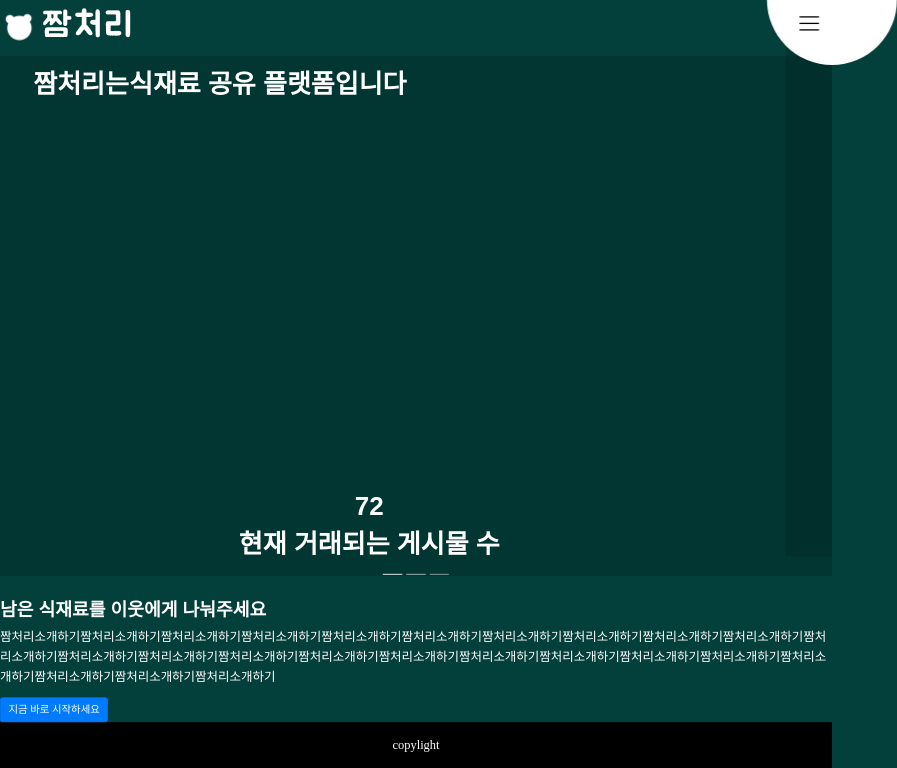
Repository: navang/JJAM_project
Page: http://localhost/jjam/jjam_intro.jsp
The author's editor kept a copy of each file at every save. The page is drawn from the files as they stood at one save, then again after the next save.
The browser window is 1280 px wide. The page is 1380 px wide, so the pictures cover 1380 px, including what lies to the right of the window. The pictures show the whole page, at 65% of full size.
Some web fonts or font styles are not loaded; a fallback is used. Some web libraries are served in a nearby version. The page is served by Tomcat 9. Nobody is signed in. The application's start-up code is not run. Other server files are loaded and not shown.

Above is the page before, as saved 2019-07-18 07:50:43.

### jjam/src/main/webapp/jjam_intro.jsp
<%@ page language="java" contentType="text/html; charset=UTF-8"
    pageEncoding="UTF-8"%>
<!DOCTYPE html>

<style>
</style>
<head>
    <meta charset="UTF-8">
    <meta name="viewport" content="width=device-width, initial-scale=1.0">
    <meta http-equiv="X-UA-Compatible" content="ie=edge">

    <link rel="stylesheet" href="https://stackpath.bootstrapcdn.com/bootstrap/4.3.1/css/bootstrap.min.css"
        integrity="sha384-ggOyR0iXCbMQv3Xipma34MD+dH/1fQ784/j6cY/iJTQUOhcWr7x9JvoRxT2MZw1T" crossorigin="anonymous">
    <script src="https://code.jquery.com/jquery-3.3.1.slim.min.js"
        integrity="sha384-q8i/X+965DzO0rT7abK41JStQIAqVgRVzpbzo5smXKp4YfRvH+8abtTE1Pi6jizo"
        crossorigin="anonymous"></script>
    <script src="https://cdnjs.cloudflare.com/ajax/libs/popper.js/1.14.7/umd/popper.min.js"
        integrity="sha384-UO2eT0CpHqdSJQ6hJty5KVphtPhzWj9WO1clHTMGa3JDZwrnQq4sF86dIHNDz0W1"
        crossorigin="anonymous"></script>
    <script src="https://stackpath.bootstrapcdn.com/bootstrap/4.3.1/js/bootstrap.min.js"
        integrity="sha384-JjSmVgyd0p3pXB1rRibZUAYoIIy6OrQ6VrjIEaFf/nJGzIxFDsf4x0xIM+B07jRM"
        crossorigin="anonymous"></script>
    <!-- https://getbootstrap.com/docs/4.3/getting-started/introduction/ 부트스트랩에서 가져옴-->


    <link rel="stylesheet" href="./resources/style/main.css">

    <link rel="stylesheet" href="./resources/style/index.css">

    <script src="https://kit.fontawesome.com/825d367943.js"></script>

</head>

<body>
<label>
    <img id="logo" style="width: 60px; height: 60px; position:fixed;" src="./resources/image/character.png" alt=""><img style="margin-left: 60px; position:fixed;" src="./resources/image/JJCR_white1.png">
</label>

    <label>
        <input type="checkbox"></input>
        <span class="menu">
          <span class="hamburger"></span>
        </span>
        <ul>
          <li>
            <a href="#">Home</a>
          </li>
          <li>
            <a href="#">About</a>
          </li>
          <li>
            <a href="#">Work</a>
          </li>
          <li>
            <a href="#">Login</a>
          </li>
        </ul>
      </label>






    <!--------------------------------------------------------------->

<div class="intro_form"> <!--전체화면 분할-->
    <div class=""></div> <!-- 상단 navbar로 인한 공백-->

    <div class=""><!-- carousel 칸-->
            <div class="carousel slide " id="myCarousel" data-ride="carousel">
                    <div class="carousel-inner">

                            <div class="carousel-item active" > <h1class="bigfont" >72</h1>
                                    <img class=""  src="./resources/image/hidden.png" alt="">
                                <div  class="carousel-caption bigfont">
                                   <h1 >72</h1>
                                        <h1>현재 거래되는 게시물 수</h1>
                                </div>
                            </div>
                            <div class="carousel-item">
                                    <img class=""src="./resources/image/hidden.png" alt="">
                                    <div class="carousel-caption">
                                            <h2 class="bigfont">1000</h2>
                                            <h2>123</h2>
                                    </div>
                                </div>
                                 <div class="carousel-item w">
                                        <img class=""  src="./resources/image/hidden.png" alt="">
                                <div class="carousel-caption">
                                        <h1 class="bigfont"></h1>
                                        <h1  >설명</h1>
                                </div>
                            </div>
                        </div>
                    <!-- 좌우 버튼 -->

                    <ul class="carousel-indicators">
                            <li class="active" data-target="#myCarousel" data-slide-to="0"></li>
                            <li data-target="#myCarousel" data-slide-to="1"></li>
                            <li data-target="#myCarousel" data-slide-to="2"></li>
                        </ul>
                 </div>
    </div>


 <div class=""></div>
<div >
        <div class="intro-main" >
             <h1>짬처리는식재료 공유 플랫폼입니다</h1>



            </div>



   </div>

   <!------------------------------------------------------------------------------>

  </div>

   <h3>남은 식재료를 이웃에게 나눠주세요</h3>
             <p>짬처리소개하기짬처리소개하기짬처리소개하기짬처리소개하기짬처리소개하기짬처리소개하기짬처리소개하기짬처리소개하기짬처리소개하기짬처리소개하기짬처리소개하기짬처리소개하기짬처리소개하기짬처리소개하기짬처리소개하기짬처리소개하기짬처리소개하기짬처리소개하기짬처리소개하기짬처리소개하기짬처리소개하기짬처리소개하기짬처리소개하기짬처리소개하기</p>

       <button class="btn btn-primary" type="button">지금 바로 시작하세요 </button><!--다음페이지 링크 버튼-->
   <div class="footer">copylight</div>

</body>


</html>

### jjam/src/main/webapp/resources/style/main.css
@charset "utf-8";

@font-face {
    font-family: NanumSquareR;
    src: url(../font/NanumSquareR.woff) format('woff');
}

@font-face {
    font-family: NanumSquareL;
    src: url(../font/NanumSquareL.woff) format('woff');
}

@font-face {
    font-family: NanumSquareB;
    src: url(../font/NanumSquareB.woff) format('woff');
}





/* background*/


h1, h2, h3, h5, p {
    font-family: NanumSquareR, sans-serif;
    font-weight: 500;
    color: white;
}
h4{
    font-family: NanumSquareR, sans-serif;
    font-weight: 500;
    color: black;
}

h1, h2, h3 {
    margin-top: 10px;
    margin-bottom: 10px;
    font-weight: 700;
}

body{
  	font-family:BMJUA;
    background: #033f3b;
}
#logo{
	width: 60px; height: 60px;
}
#jcr{
	margin-left: 60px; position:fixed;
}
#top_navbar {
    background: rgba(0,0,0,0.7);
}
#top_navcolor {
    background-color: #147b6b;
}

#top_navbar-nav > li > a {
    padding-top: 20px;
    padding-bottom: 20px;
}

.separator {
    background: #59e;
    margin-top: 80px;
    padding: 21px;
    text-align: center;
    color: #fff;
}

.red {
    background: #fcc;
    border: #eaa solid 4px;
}

/* .yellow { */
/*     background: #f6f6c0; */
/*     border: #dd7 solid 4px; */
/* } */


.green {
    font:white;
    background: #147b6b;

}

.bluegreen {
    background: #aee;
    border: #8dd solid 4px;
}
<<<<<<< HEAD


/* .blue { */
=======
/* .blue { */
/*     background: #bcf; */
/*     border: #9ae solid 4px; */
/* } */

>>>>>>> 7f7c7283d27dcf0b9cae4bf84bee2c912e11a8f9
.blue {
    background: #bcf;
    border: #9ae solid 4px;
}
/*1_ intro*/
.intro_form{
    display: grid;
     grid-template-columns: 100%;
<<<<<<< HEAD
    grid-template-rows: 30px 850px 850px ;
=======
    grid-template-rows: 30px 850px 300px ;
>>>>>>> 7f7c7283d27dcf0b9cae4bf84bee2c912e11a8f9
}
.intro-main{
  position: absolute;
  top: 15%;
  left: 20%;
  transform: translate(-20%, -20%);
  width: 80%;

}
.intro-desc{
	display:grid;
	 grid-template-columns: 15% 70% 15%;
    grid-template-rows:  250px 80px ;
}

/*  풀어주기   */
.map-custom{
	width:100%;
	height:700px;
	position:relative;
	overflow:hidden;
	border-radius:30px;
}


.bigfont{
	font-size: 700px;
    text-align: center;

    font-family: NanumSquareL;
    src: url(../font/NanumSquareL.woff) format('woff');

}


.white-text {
    color: white;
}

.row{
     display : grid;
     grid-template-columns: 100%;
     grid-template-rows: 70px 850px 100px ;
}
.mypage{
	display: grid;
	  grid-template-columns: 20% 60% 20%;
     grid-template-rows: 400px 1400px ;
}
.mypage-columns{
	display:grid;
	  grid-template-columns: 30% 70%;
 	text-align: center;

}
.mypage-rows{
	display:grid;
	  grid-template-rows: 30% 70%;


}
/* 햄버거*/
.ham{
	width:100px;
}

/* 2_search 페이지 */
.search{
    display : grid;
    grid-template-columns: 25% 50% 25%;
    grid-template-rows: 100px 300px 40px 50px 20px;
}
.search-grid {

    display : grid;
    text-align: center;
    grid-template-columns: 20% 20% 20% 20% 20%;
    grid-template-rows: 100px 100px 100px 100px 100px;
}
/* 3 form*/
/* 전체화면 분할*/
.modal-form{
    display : grid;
    grid-template-columns: 15% 70% 15%;
    grid-template-rows: 60px 780px  50px;

}
/* 가운데화면 분할*/
.modal-form-grid{
    display : grid;
    grid-template-columns: 60% 40%;
    grid-template-rows: 60px  700px 70px;

}
/* */
.modal-inner-grid{
    display : grid;
    grid-template-columns: 50% 50%;

}

.modal-size{
    position: absolute;


}
/* modal fullsize*/
.modal-dialog.modal-fullsize {
    width: 150%; height: 100%; margin: 0; padding: 0;
}
.modal-content.modal-fullsize {
    height: auto;
    min-height: 100%;
    border-radius: 0;
  }
.btn-create{
	text-decoration:none;
	width:100%;
	height:40px;
	font-size:20px;
	border-radius:30px;
	background:#147b6b;
	color:white;
	box-shadow: 0px 3px 0px black;
	border: 2px solid white;
}
.btn-create:hover .btn-create:focus, btn-create:active {
	background:#073d35;

}

/* info modal img*/
.img-chatmodal{
    width:1900px;
    height: 950px;
    background-image:url('../image/chatbot_modal.png');
}

/*게시물 리스트*/
.form-list {
    display: grid;
    grid-template-columns:3% 20% 3% 74%;
    padding: 10px;
}


/* 5*5 그리드 */
#grid{
    display: grid;
    text-align: center;
    grid-template-columns:150px 150px 150px 150px 150px 150px;
}
/* 메인 1 페이지  */
.wrapper {
    display: grid;
    grid-template-columns: 5% 55% 40% ;
    grid-template-rows: 100px 7px 100px 30px 100px 100px 30px 100px 100px;
}

/* 4 login form*/
.login{
    display : grid;
    grid-template-columns: 30% 800px 27%;
    grid-template-rows: 100px 800px ;
}
.login-set{
    color : #1f0a01;
    background-color: white;
    border-radius: 15px;
    display:grid;
    grid-template-rows: 80px 380px 300px 40px;
    text-align: center;

}
.login-set.login-form{
    display: grid;
    grid-template-columns:240px 320px 240px;
    grid-template-rows: 100px 100px 100px ;

}
.design-border{
    border: silver solid 2px;
}

/* 7_result*/
.result-form{
    display: grid;
     grid-template-columns: 15% 70% 15%;
    grid-template-rows: 200px 300px 300px ;
}
.result-form-item{
	display:grid;
	  text-align:center;
	  grid-template-columns:100%;

}
.result-form-item-line{
	 background:white;
 	text-align:center;
	  border-radius: 50px;
	  width:73%;
	  height:3px;
	  margin-left:180px;

}
.result-button{
	width:100px;
	height:40px;
	border-radius:30px;
	background:white;

}
/* footer*/
.footer {
    left: 0;
    bottom: 0;
    width: 100%;
	padding: 20px 0;
	text-align: center;
	color: white;
	background:  black;
}
.card {
  height: 30%;
}
.card-columns {
    @include media-breakpoint-only(lg) {
      column-count: 4;
    }
    @include media-breakpoint-only(xl) {
      column-count: 5;
    }
  }
@media(max-width:375px){
#logo{
	width: 30px; height: 30px; position:fixed;
}
#jcr{
	margin-left: 35px; position:fixed; height: 30px;
}
    .search{
        display : grid;
        grid-template-columns: 0px 100% 0px;
        grid-template-rows: 100px 600px 30px 30px 20px ;
    }
      /* 5*5 그리드 */
    #grid{
    display: grid;
    text-align: center;
    grid-template-columns:160px 160px 160px;
}

    .wrapper {
    display: grid;
    grid-template-columns: 5% 90% 5% ;
    grid-template-rows: 100px 60px 30% 30px 70px 100px 100px 100px 10px;
    }
    .search-grid {

        display : grid;
        text-align: center;
        grid-template-columns: 25% 25% 25% 25%;
        grid-template-rows: 50px  50px  50px 50px  50px  50px;
    }


    .mypage{
	display: grid;
	  grid-template-columns: 100%;
     grid-template-rows: 0px  0px   170px  0px   500px;
}
.mypage-columns{
	display:grid;
	 grid-template-columns: 100%;
		  grid-template-rows: 400px 50%;

}
.mypage-rows{
	display:grid;

		  grid-template-template: 100%;
		   grid-template-rows: 60% 40%;
}
.mypage-menu{
	display:grid;

		  grid-template-rows: 25% 25% 25% 25%;
}


    /*챗 모달 사용설명서*/
    .img-chatmodal{
        width:640px;
        height: 950px;
        background-image:url('../image/chatbot_modal_mobile.png');

    }
    /* modal fullsize*/
    .modal-dialog.modal-fullsize {
    width: 100%; height: 100%; margin: 0; padding: 0;
    }
    .modal-content.modal-fullsize {
    height: auto;
    min-height: 100%;
    border-radius: 0;
  }
    /* 가운데화면 분할*/
.modal-form{
    display : grid;
    grid-template-columns: 15% 70% 15%;
    grid-template-rows: 60px 780px  50px;

}
/* 가운데화면 분할*/
.modal-form-grid{
    display : grid;
    grid-template-columns: 60% 40%;
    grid-template-rows: 60px  700px 70px;

}

    .modal-inner-grid{
        display : grid;
        grid-template-columns: 100%;

    }
    /* 4 login form*/
    .login{
    display : grid;
    grid-template-columns: 0px 640px 0px;
    grid-template-rows: 50px 640px ;
}
.result-form{
    display: grid;
     grid-template-columns: 0% 100% 0%;
    grid-template-rows: 100px 700px 100px ;
}
.ham{
	width:100px;
}
/* footer*/
.footer {
    left: 0;
    bottom: 0;
    width: 100%;
	padding: 20px;
	text-align: center;
	color: white;
	background:  black;
}

/*1_ intro*/
.intro_form{
    display: grid;
     grid-template-columns: 100%;
    grid-template-rows: 30px 360px 550px ;
}
.intro-main{
  position: absolute;
  font-size: 20px;
  top: 50%;
  left: 20%;
  transform: translate(-20%, -20%);
  width: 80%;

}
.intro-desc{
	display:grid;
	 grid-template-columns: 10% 80% 10%;
    grid-template-rows:  550px 150px ;
}

/*  풀어주기   */
.map-custom{
	width:700px;
	height:700px;
	position:relative;
	overflow:hidden;
	margin-left: 80px;
	border-radius:30px;
}


.bigfont{
	left:50%;
	transform:rotate(30deg);
	font-size: 300px;
    text-align: left;

    font-family: NanumSquareL;
    src: url(../font/NanumSquareL.woff) format('woff');

}


}

### jjam/src/main/webapp/resources/style/index.css
@import url('https://fonts.googleapis.com/css?family=Cutive+Mono');
*, *:before, *:after {
  box-sizing: border-box;
}

@font-face { font-family: 'BMJUA'; src: url('https://cdn.jsdelivr.net/gh/projectnoonnu/noonfonts_one@1.0/BMJUA.woff') format('woff'); font-weight: normal; font-style: normal; }

body {

  font-size: 1.2em;
  line-height: 1.6;

  overflow-x: hidden;
}
label .menu {
  position: absolute;
  right: -100px;
  top: -100px;
  z-index: 100;
  width: 200px;
  height: 200px;
  background: #fff;
  border-radius: 50% 50% 50% 50%;
  transition: 0.5s ease-in-out;
  box-shadow: 0 0 0 0 #fff, 0 0 0 0 #fff;
  cursor: pointer;
}
label .hamburger {
  position: absolute;
  top: 135px;
  left: 50px;
  width: 30px;
  height: 2px;
  background: #000;
  display: block;
  transform-origin: center;
  transition: 0.5s ease-in-out;
}
label .hamburger:after, label .hamburger:before {
  transition: 0.5s ease-in-out;
  content: "";
  position: absolute;
  display: block;
  width: 100%;
  height: 100%;
  background: #000;
}
label .hamburger:before {
  top: -10px;
}
label .hamburger:after {
  bottom: -10px;
}
label input {
  display: none;
}
label input:checked + .menu {
  box-shadow: -400px 0 0   #fff, -350px 0 0   #fff,-300px 0 0 #fff,-250px 0 0 #fff,  -200px 0 0 #fff,-150px 0 0 #fff, -100px 0 0 #fff,-50px 0 0 #fff;
  border-radius: 50px;
}
label input:checked + .menu .hamburger {
  transform: rotate(45deg);
}
label input:checked + .menu .hamburger:after {
  transform: rotate(90deg);
  bottom: 0;
}
label input:checked + .menu .hamburger:before {
  transform: rotate(90deg);
  top: 0;
}
label input:checked + .menu + ul {
  opacity: 1;
}
label ul {
	font-family:BMJUA;
	width:500px;
	height:50px;
  z-index: 200;
  position: absolute;
  top: 5%;
  left: 84%;
 transform: translate(-50%, -50%);
  opacity: 0;
  transition: 0.25s 0s ease-in-out;


}
label a {

  margin-bottom: 1em;
  display: block;
  color: #000;
  text-decoration: none;
}
label a:hover, label a:focus{
	text-decoration:none;
	color:#76afa7;

}
.menubar{
	display:inline-block;
	margin-left:30px;
}

@media(max-width:375px){

body {

  font-size: 1.2em;
  line-height: 1.6;

}
label .menu {
  position: absolute;
  right: -100px;
  top: -100px;
  z-index: 100;
  width: 200px;
  height: 200px;
  background: #fff;
  border-radius: 50% 50% 50% 50%;
  transition: 0.5s ease-in-out;
  box-shadow: 0 0 0 0 #fff, 0 0 0 0 #fff;
  cursor: pointer;
}
label .hamburger {
  position: relative;
  top: 135px;
  left: 50px;
  width: 30px;
  height: 2px;
  background: #000;
  display: block;
  transform-origin: center;
  transition: 0.5s ease-in-out;
}
label .hamburger:after, label .hamburger:before {
  transition: 0.5s ease-in-out;
  content: "";
  position: relative;
  display: block;
  width: 100%;
  height: 100%;
  background: #000;
}
label .hamburger:before {
  top: -10px;
}
label .hamburger:after {
  bottom: -10px;
}
label input {
  display: none;
}
label input:checked + .menu {
  box-shadow: -200px 0 0  100vw  #fff ;
  border-radius: 50px;
}
label input:checked + .menu .hamburger {
  transform: rotate(45deg);
}
label input:checked + .menu .hamburger:after {
  transform: rotate(90deg);
  bottom: 0;
}
label input:checked + .menu .hamburger:before {
  transform: rotate(90deg);
  top: 0;
}
label input:checked + .menu + ul {
  opacity: 1;
}
label ul {
	font-family:BMJUA;
	width:200px;
	height:50px;
  z-index: 200;
  position: relative;
  top: 50%;
  left: 0%;
 transform: translate(40%, 50%);
  opacity: 0;
  transition: 0.25s 0s ease-in-out;

}
label a {

  margin-bottom: 1em;
  display: block;
  color: #000;
  text-decoration: none;
}
label a:hover, label a:focus{
	text-decoration:none;
	color:#76afa7;

}
.menubar{
	display:inline-block;
	margin-left:40px;
}
#myCarousel {
	padding:0px;
	margin: 0px;
}

}

After the next save:
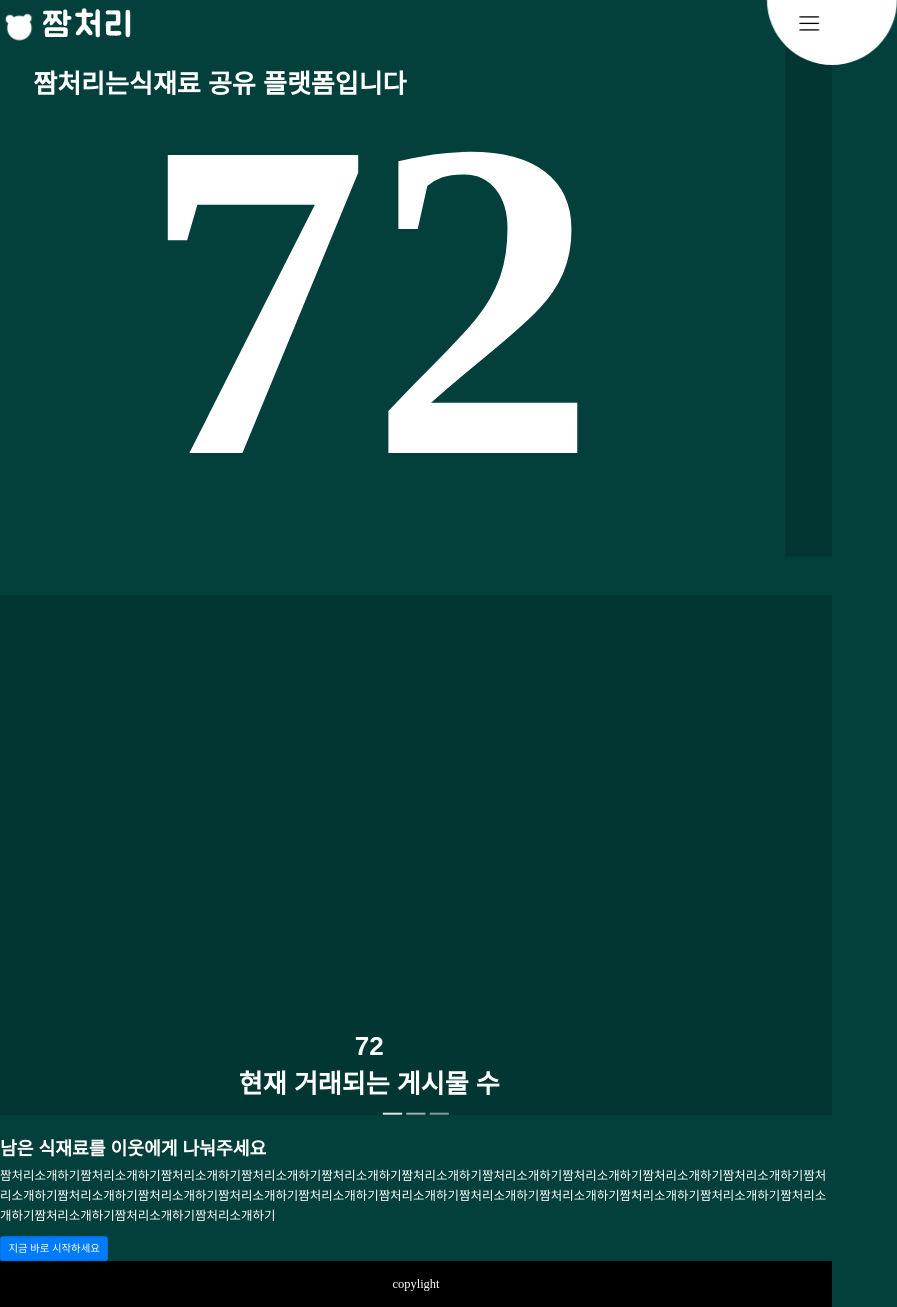
Saved 2 s later.
--- a/jjam/src/main/webapp/jjam_intro.jsp
+++ b/jjam/src/main/webapp/jjam_intro.jsp
@@ -71,7 +71,7 @@
             <div class="carousel slide " id="myCarousel" data-ride="carousel">
                     <div class="carousel-inner">
 
-                            <div class="carousel-item active" > <h1class="bigfont" >72</h1>
+                            <div class="carousel-item active" > <h1 class="bigfont" >72</h1>
                                     <img class=""  src="./resources/image/hidden.png" alt="">
                                 <div  class="carousel-caption bigfont">
                                    <h1 >72</h1>
